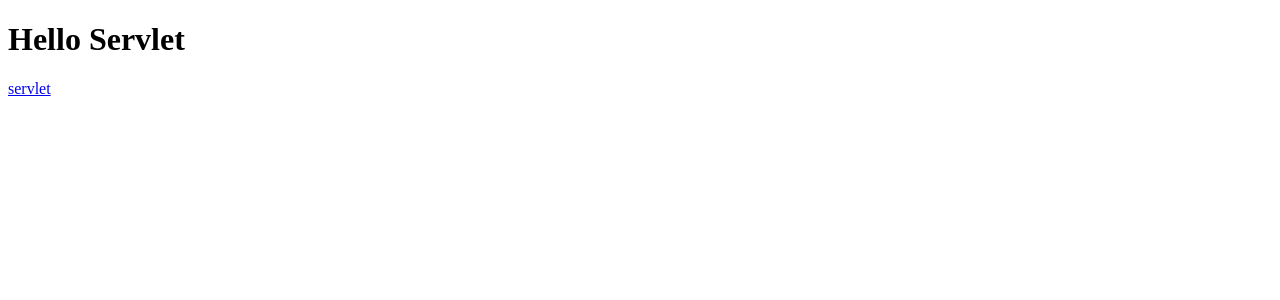
Repository: NguyenTienDat-GTR/WWW_24-25
Page: Tuan01/19473791_NguyenTienDat/src/main/webapp/index.html
These files come from the project's save history. The page is drawn as it stood at one moment and after the next save; the edit follows.
The browser window is 1280 px wide. The pictures show the whole page.

Above is the page before, as saved 2024-08-29 09:51:10.

After the next save:
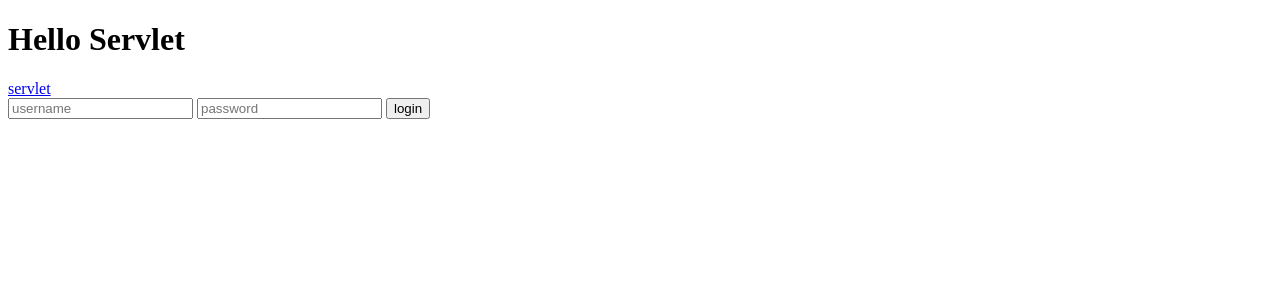
Saved 82 s later.
--- a/Tuan01/19473791_NguyenTienDat/src/main/webapp/index.html
+++ b/Tuan01/19473791_NguyenTienDat/src/main/webapp/index.html
@@ -7,5 +7,11 @@
 <body>
 	<h1>Hello Servlet</h1>
 	<a href="hello">servlet</a>
+	<br>
+	<form action="/login" method="post">
+		<input type="text" name="username" placeholder="username">
+		<input type="password" name="password" placeholder="password">
+		<input type="submit" value="login">
+	</form>
 </body>
 </html>
